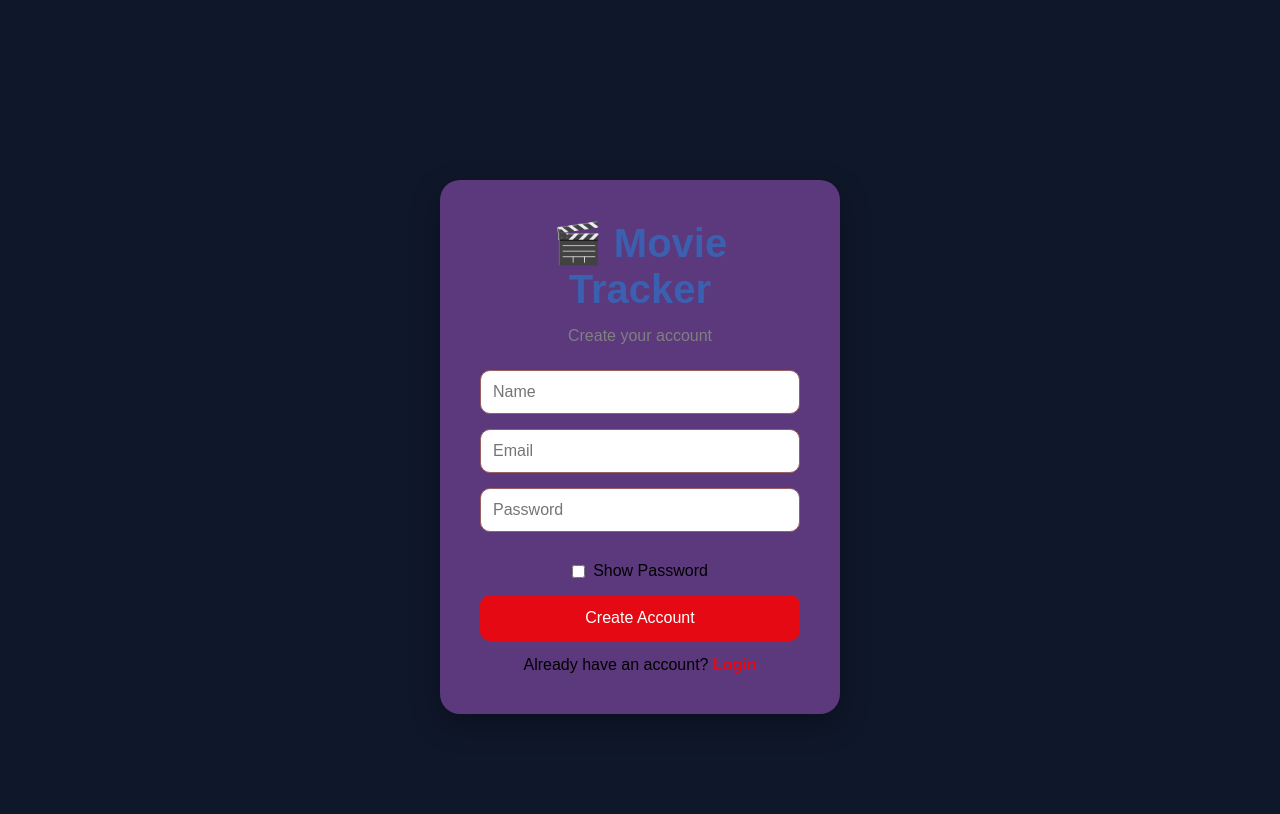
Repository: Dinesh-Codebais/movie-tracker
Page: signup.html
The author's editor kept a copy of each file at every save. The page is drawn from the files as they stood at one save, then again after the next save.
The browser window is 1280 px wide. The pictures show the whole page.

Above is the page before, as saved 2026-06-22 11:29:05.
Console error: TypeError: Cannot read properties of null (reading 'addEventListener')

### signup.html
<!DOCTYPE html>
<html lang="en">
<head>
    <meta charset="UTF-8">
    <meta name="viewport" content="width=device-width, initial-scale=1.0">
    <title>Sign Up</title>

    <link rel="stylesheet" href="style.css">
</head>
<body>

   <div class="signup-box">

    <h2>🎬 Movie Tracker</h2>
    <p class="subtitle">Create your account</p>

    <input type="text" placeholder="Name">

    <input type="email" placeholder="Email">

    <input type="password" placeholder="Password">


    <div class="show-pass">
        <input type="checkbox">
        <label>Show Password</label>
    </div>

    <button>Create Account</button>

    <p>
        Already have an account?
        <a href="login.html">Login</a>
    </p>

</div>

    <script src="script.js"></script>

</body>
</html>

### style.css
/* RESET */
*{
    margin:0;
    padding:0;
    box-sizing:border-box;
}

/* BODY */
body{
    background:#0f172a;
    font-family:Arial, sans-serif;
}
.navbar{
    display:flex;
    justify-content:space-between;
    align-items:center;
    padding:20px 8%;
    background:#111827;
    position:sticky;
    top:0;
    z-index:1000;
}

.nav-links{
    display:flex;
    align-items:center;
    list-style:none;
    gap:20px;
}

.nav-links li{
    display:flex;
    align-items:center;
}

.nav-links a{
    color:white;
    text-decoration:none;
    padding:8px 15px;
    border-radius:8px;
    transition:0.3s;
}

.nav-links a:hover{
    background:#e50914;
    color:white;
}


#logoutBtn{
    background:#e50914;
    color:white;
    border:none;
    padding:8px 15px;
    border-radius:8px;
    cursor:pointer;
}


#userInfo{
    color:#facc15;
    font-weight:bold;
}

.logo img {
    height:100px;
    width:auto;
    cursor:pointer;
}

/* LINKS */
.nav-links{
    display:flex;
    list-style:none;
    gap:25px;
}

.nav-links a{
    color:white;
    text-decoration:none;
    padding:8px 15px;
    border-radius:8px;
    transition:0.3s;
}

.nav-links a:hover{
    background:#e50914;
    color:white;
}

/* HERO */
.hero{
    height:90vh;
    display:flex;
    justify-content:center;
    align-items:center;
    text-align:center;
    background:
    linear-gradient(rgba(0,0,0,0.6),rgba(0,0,0,0.7)),
    url("https://images.unsplash.com/photo-1489599849927-2ee91cede3ba");
    background-size:cover;
    background-position:center;
}

.hero-content{
    max-width:700px;
    color:white;
}

.hero-content h1{
    font-size:60px;
}

.hero-content p{
    font-size:20px;
    color:#d1d5db;
    margin:20px 0;
}

/* BUTTON */
.btn{
    display:inline-block;
    padding:15px 35px;
    background:#e50914;
    color:white;
    text-decoration:none;
    border-radius:8px;
    transition:0.3s;
}

.btn:hover{
    transform:translateY(-3px);
}

/* SECTIONS */
.trending,
.features,
.categories,
.stats,
.testimonials,
.newsletter{
    padding:80px 10%;
}

/* TITLES */
h2{
    text-align:center;
    color:white;
    font-size:40px;
    margin-bottom:40px;
}

/* GRID SYSTEM */
.movie-grid,
.feature-grid,
.category-grid,
.stats-grid,
.testimonial-grid{
    display:grid;
    gap:30px;
}

/* MOVIE CARDS */
.movie-grid{
    grid-template-columns:repeat(auto-fit,minmax(250px,1fr));
}

.movie-card img{
    width:100%;
    height:350px;
    object-fit:cover;
    display:block;
}

.movie-card h3{
    color:white;
    margin-top:15px;
}

.movie-card p{
    color:#facc15;
    margin:10px 0 20px;
}

.movie-card:hover{
    transform:translateY(-10px) scale(1.03);
}

/* FEATURE */
.feature-grid{
    grid-template-columns:repeat(auto-fit,minmax(250px,1fr));
}

.feature-card,
.category-card,
.stat-card,
.testimonial-card{
    background:#1f2937;
    padding:30px;
    border-radius:15px;
    color:white;
    text-align:center;
    transition:0.3s;
}

/* CATEGORY */
.category-grid{
    grid-template-columns:repeat(auto-fit,minmax(180px,1fr));
}

.category-card:hover{
    background:#e50914;
    transform:scale(1.05);
}

/* STATS */
.stats-grid{
    grid-template-columns:repeat(auto-fit,minmax(200px,1fr));
}

.stat-card h3{
    color:#e50914;
    font-size:40px;
}

/* TESTIMONIAL */
.testimonial-grid{
    grid-template-columns:repeat(auto-fit,minmax(280px,1fr));

}


/* NEWSLETTER */
.newsletter{
    text-align:center;
}

.newsletter-form{
    display:flex;
    justify-content:center;
    align-items:center;
    gap:10px;
    flex-wrap:wrap;
    margin-top:20px;
}
.newsletter{
    color: rgb(172, 51, 51);
}
/* CTA */
.cta{
    padding:100px 10%;
    text-align:center;
    background:linear-gradient(135deg,#e50914,#ff3b3b);
}

.cta h2{
    color:white;
    font-size:45px;
}

.cta-btn{
    display:inline-block;
    padding:15px 35px;
    background:white;
    color:#e50914;
    border-radius:10px;
    font-weight:bold;
}

/* FOOTER */
.footer{
    background:4E220F
    padding:60px 20px;
    text-align:center;
    color:white
}
/* RESPONSIVE */
@media(max-width:768px){
    .navbar{
        flex-direction:column;
    }

    .nav-links{
        flex-direction:column;
        margin-top:15px;
    }

    .hero-content h1{
        font-size:35px;
    }
}

/* SMOOTH SCROLL */
html{
    scroll-behavior:smooth;
}
@keyframes fadeUp {
    from{
        opacity: 0;
        transform: translateY(30px);
    }
    to{
        opacity: 1;
        transform: translateY(0);
    }
}
.watch-btn,
.explore-btn{
    width: 140px;        /* same size */
    padding: 10px 0;
    margin: 8px 5px;
    border: none;
    border-radius: 8px;
    cursor: pointer;
    font-weight: bold;
    transition: 0.3s;
}

/* Watchlist button */
.watch-btn{
    background: #e50914;
    color: white;
}

/* Explore button */
.explore-btn{
    background: #1f2937;
    color: white;
    border: 1px solid #e50914;
}

/* hover effect */
.watch-btn:hover,
.explore-btn:hover{
    transform: scale(1.05);
    opacity: 0.9;
}

.carousel{
    display:flex;
    justify-content:center;
    align-items:center;
    gap:20px;
}

.side-img{
    width:220px;
    height:320px;
    object-fit:cover;
    border-radius:15px;
    opacity:0.7;
    transform:scale(0.85);
    transition:0.5s;
}

.center-img{
    width:320px;
    height:420px;
    object-fit:cover;
    border-radius:18px;
    transform:scale(1.05);
    box-shadow:0 15px 40px rgba(0,0,0,0.6);
    transition:0.5s;
}

.watchlist h2{
    color:white;
    font-size:40px;
    margin-bottom:20px;
}

.watchlist p{
    color:#d1d5db;
}


.nav-links a.active {
    color: #ff3c78;
    font-weight: bold;
    border-bottom: 2px solid #ff3c78;
}
/* =========================
   MOVIE CARD UPGRADE
========================= */

.movie-card img{
    width: 100%;
    height: 280px;
    object-fit: contain;   /* 👈 important */
    background: #FFF4E1; /* empty space fill look */
    border-radius: 12px;
}

.movie-card:hover{
    transform:translateY(-10px) scale(1.03);
}

/* =========================
   WATCHLIST
========================= */

#watchlistMovies{
    list-style:none;
    padding:0;
    margin-top:20px;
}

#watchlistMovies li{
    background:#1f2937;
    color:white;
    padding:12px;
    margin:10px auto;
    width:300px;
    border-radius:10px;
    font-weight:bold;
    box-shadow:0 0 10px rgba(0,0,0,0.3);
}

/* =========================
   SLIDER
========================= */

#slider-img{
    width:300px;
    height:450px;
    object-fit:cover;
    border-radius:15px;
    box-shadow:0 0 25px rgba(229,9,20,0.5);
    transition:0.5s;
}

/* =========================
   DARK MODE
========================= */

body.dark{
    background:#111;
    color:white;
}

body.dark .navbar{
    background:#000;
}

body.dark .movie-card{
    background:#222;
}

body.dark .feature-card,
body.dark .category-card,
body.dark .stat-card,
body.dark .testimonial-card{
    background:#222;
}

body.dark .watchlist{
    background:#000;
}

body.dark #watchlistMovies li{
    background:#333;
    color:white;
}

body.dark .footer{
    background:#000;
}
body{
    padding-top:80px;
}
.form-box{
    width:350px;
    margin:100px auto;
    background:white;
    padding:25px;
    border-radius:10px;
    text-align:center;
}

.form-box input{
    width:100%;
    padding:10px;
    margin:10px 0;
}

.form-box button{
    width:100%;
    padding:10px;
    cursor:pointer;
}

.dropdown{
    position: relative;
}

.dropdown-menu{
    display: none !important;
    position: absolute;
    top: 100%;
    left: 0;
    background: #111827;
    min-width: 180px;
    list-style: none;
    padding: 0;
    margin: 0;
    z-index: 1000;
}

.dropdown-menu li{
    display: block;
    width: 100%;
}

.dropdown-menu a{
    display: block;
    padding: 10px 15px;
}

.dropdown:hover .dropdown-menu{
    display: block !important;
}
.signup-box{
    width: 400px;
    padding: 40px;
    background: #fff;
    border-radius: 20px;
    box-shadow: 0 10px 30px rgba(0,0,0,0.2);
}

/* SIGNUP PAGE */

.signup-box{
    width:400px;
    margin:100px auto;
    padding:40px;
    background:rgb(92, 56, 125);
    border-radius:20px;
    box-shadow:0 10px 30px rgba(0,0,0,0.3);
}

.signup-box h2{
    color:#3b60b0;
    text-align:center;
    margin-bottom:5px;
}

.subtitle{
    text-align:center;
    color:gray;
    margin-bottom:25px;
}

.signup-box input[type="text"],
.signup-box input[type="email"],
.signup-box input[type="password"]{
    width:100%;
    padding:12px;
    margin-bottom:15px;
    border:1px solid #9a5f5f;
    border-radius:10px;
    font-size:16px;
}

.signup-box input:focus{
    outline:none;
    border-color:#e50914;
}

.show-pass{
    display:flex;
    justify-content:center;
    align-items:center;
    gap:8px;
    margin:15px 0;
}

.signup-box button{
    width:100%;
    padding:14px;
    background:#e50914;
    color:white;
    border:none;
    border-radius:10px;
    font-size:16px;
    cursor:pointer;
}

.signup-box button:hover{
    opacity:0.9;
}

.signup-box p{
    text-align:center;
    margin-top:15px;
}

.signup-box a{
    color:#e50914;
    text-decoration:none;
    font-weight:bold;
}

.login-link{
    text-align:center;
    margin-top:20px;
    color:#555;
    font-size:15px;
}

.login-link a{
    color:#e50914;
    font-weight:bold;
    text-decoration:none;
}

.login-link a:hover{
    text-decoration:underline;
}

### script.js
console.log("JS Connected");

// =========================
// MOVIE DATA
// =========================

const movieData = [
    {
        title: "Interstellar",
        rating: 8.7
    },
    {
        title: "Oppenheimer",
        rating: 8.5
    },
    {
        title: "Avatar",
        rating: 8.1
    }
];

console.log("Movie Tracker JS Connected!");
console.log(movieData);

console.log(movieData[0].title);
console.log(movieData[1].rating);

movieData.forEach(function(movie){
    console.log(movie.title);
});


// =========================
// SEARCH
// =========================

const searchInput = document.getElementById("searchInput");
const movies = document.querySelectorAll(".movie-card");

searchInput.addEventListener("keyup", function () {

    const value = searchInput.value.toLowerCase();

    movies.forEach(function (movie) {

        const movieName = movie
            .querySelector("h3")
            .textContent
            .toLowerCase();

        if (movieName.includes(value)) {
            movie.style.display = "block";
        } else {
            movie.style.display = "none";
        }

    });

});


// =========================
// IMAGE SLIDER
// =========================
const images = [
    "images/movie1.jpg",
    "images/movie2.jpg",
    "images/movie3.jpg",
  "images/movie4.jpg",
   "images/movie5.jpg",
  "images/movie6.jpg",
  "images/movie7.jpg",
  "images/movie8.jpg",
];

const leftImg = document.getElementById("left-img");
const centerImg = document.getElementById("center-img");
const rightImg = document.getElementById("right-img");

let index = 0;

function updateCarousel() {

    leftImg.src =
        images[(index + images.length - 1) % images.length];

    centerImg.src =
        images[index];

    rightImg.src =
        images[(index + 1) % images.length];
}

setInterval(() => {
    index = (index + 1) % images.length;
    updateCarousel();
}, 3000);

updateCarousel();

// =========================
// WATCHLIST
// =========================

let savedMovies =
    JSON.parse(localStorage.getItem("watchlist")) || [];

const watchButtons =
    document.querySelectorAll(".watch-btn");

const watchList =
    document.getElementById("watchlistMovies");

const watchCount =
    document.getElementById("watchCount");

function renderWatchlist() {

    if (!watchList) return;

    watchList.innerHTML = "";

    savedMovies.forEach(function (movie, index) {

        const li = document.createElement("li");

        li.innerHTML = `
            ${movie}
            <button onclick="removeMovie(${index})">
                ❌
            </button>
        `;

        watchList.appendChild(li);

    });

    if (watchCount) {
        watchCount.textContent = savedMovies.length;
    }
}

function removeMovie(index) {

    savedMovies.splice(index, 1);

    localStorage.setItem(
        "watchlist",
        JSON.stringify(savedMovies)
    );

    renderWatchlist();
}

renderWatchlist();

watchButtons.forEach(function (button) {

    button.addEventListener("click", function () {

        const movieCard =
            button.parentElement;

        const movieName =
            movieCard.querySelector("h3")
            .textContent;

        if (!savedMovies.includes(movieName)) {

            savedMovies.push(movieName);

            localStorage.setItem(
                "watchlist",
                JSON.stringify(savedMovies)
            );

            renderWatchlist();

            alert(movieName + " added to Watchlist!");
        }
        else {

            alert("Movie already added!");
        }

    });

});




// =========================
// TOTAL MOVIES COUNTER
// =========================

const totalMovies =
    document.getElementById("totalMovies");

if (totalMovies) {

    totalMovies.textContent =
        movies.length;
}

// =========================
// CHECK LOGIN STATUS
// =========================

const logoutBtn = document.getElementById("logoutBtn");

const loggedUser = localStorage.getItem("name");

if (loggedUser) {

    if(logoutBtn){
        logoutBtn.style.display = "block";
    }
}


function logout() {

    localStorage.removeItem("name");
    localStorage.removeItem("email");
    localStorage.removeItem("password");

    alert("Logged Out Successfully");

    window.location.reload();
}
function signup(){

    let name = document.getElementById("signupName").value;
    let email = document.getElementById("signupEmail").value;
    let password = document.getElementById("signupPassword").value;

    localStorage.setItem("name", name);
    localStorage.setItem("email", email);
    localStorage.setItem("password", password);

    alert("Account Created");

    window.location.href = "index.html";
}
function login(){

    let email = document.getElementById("loginEmail").value;
    let password = document.getElementById("loginPassword").value;

    let savedEmail = localStorage.getItem("email");
    let savedPassword = localStorage.getItem("password");

    if(email === savedEmail && password === savedPassword){

        alert("Login Successful");

        window.location.href = "index.html";

    }else{

        alert("Wrong Email or Password");
    }
}

function showLoginPassword() {

    let password =
        document.getElementById("loginPassword");

    if (password.type === "password") {
        password.type = "text";
    } else {
        password.type = "password";
    }
}

function showSignupPassword() {

    let password =
        document.getElementById("signupPassword");

    if (password.type === "password") {
        password.type = "text";
    } else {
        password.type = "password";
    }
}

const userInfo = document.getElementById("userInfo");
const loginNav = document.getElementById("loginNav");
const signupNav = document.getElementById("signupNav");

const currentUser = localStorage.getItem("name");

if(currentUser){

    if(userInfo){
        userInfo.innerHTML = "👤 " + currentUser;
    }

    if(loginNav){
        loginNav.style.display = "none";
    }

    if(signupNav){
        signupNav.style.display = "none";
    }

    if(logoutBtn){
        logoutBtn.style.display = "block";
    }
}

After the next save:
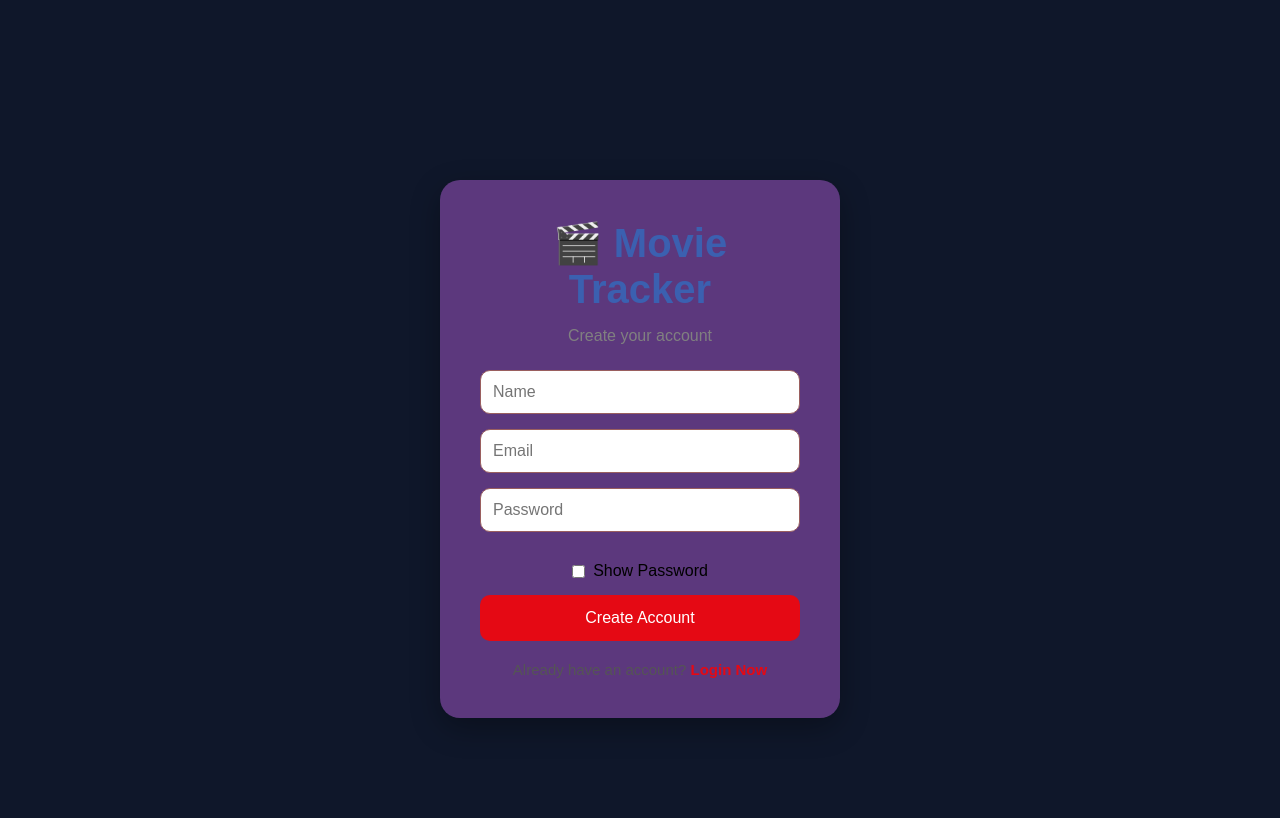
Saved 1 s later.
--- a/signup.html
+++ b/signup.html
@@ -3,37 +3,45 @@
 <head>
     <meta charset="UTF-8">
     <meta name="viewport" content="width=device-width, initial-scale=1.0">
-    <title>Sign Up</title>
+    <title>Sign Up - Movie Tracker</title>
 
     <link rel="stylesheet" href="style.css">
 </head>
 <body>
 
-   <div class="signup-box">
+    <div class="signup-box">
 
-    <h2>🎬 Movie Tracker</h2>
-    <p class="subtitle">Create your account</p>
+        <h2>🎬 Movie Tracker</h2>
+        <p class="subtitle">Create your account</p>
 
-    <input type="text" placeholder="Name">
+        <input type="text"
+               id="signupName"
+               placeholder="Name">
 
-    <input type="email" placeholder="Email">
+        <input type="email"
+               id="signupEmail"
+               placeholder="Email">
 
-    <input type="password" placeholder="Password">
+        <input type="password"
+               id="signupPassword"
+               placeholder="Password">
 
+        <div class="show-pass">
+            <input type="checkbox"
+                   onclick="showSignupPassword()">
+            <label>Show Password</label>
+        </div>
 
-    <div class="show-pass">
-        <input type="checkbox">
-        <label>Show Password</label>
+        <button onclick="signup()">
+            Create Account
+        </button>
+
+        <div class="login-link">
+            Already have an account?
+            <a href="login.html">Login Now</a>
+        </div>
+
     </div>
-
-    <button>Create Account</button>
-
-    <p>
-        Already have an account?
-        <a href="login.html">Login</a>
-    </p>
-
-</div>
 
     <script src="script.js"></script>
 
